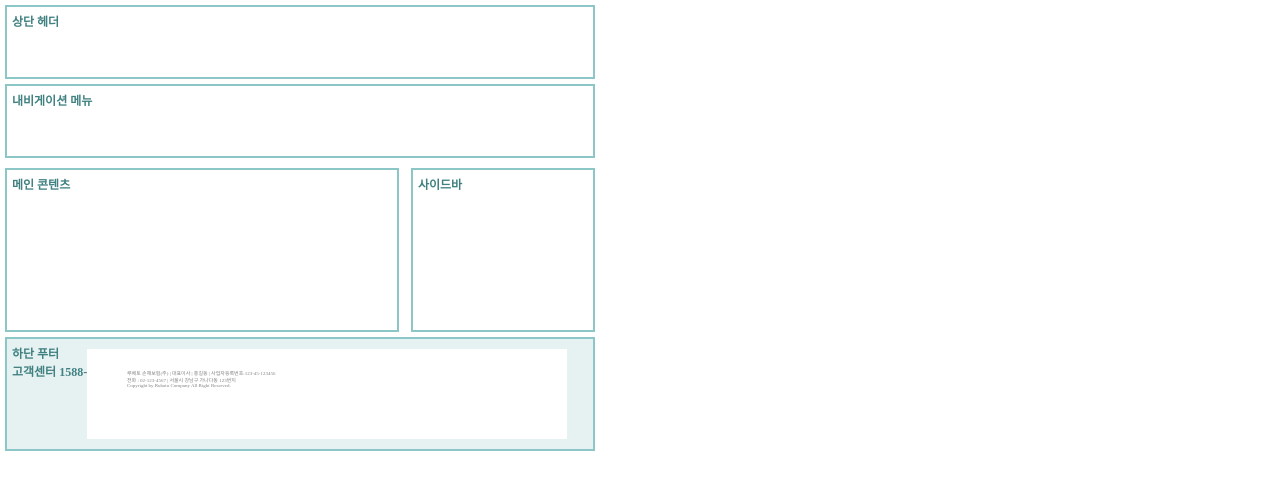
Repository: yeonddu/green_css
Page: web/pro01/songyeonsu/songyeonsu_3.html
An editor plug-in stored every save of this project. The page is shown before and after the next save, followed by the edit.
The browser window is 1280 px wide. The pictures show the whole page.

Above is the page before, as saved 2022-12-14 05:48:25.

### web/pro01/songyeonsu/songyeonsu_3.html
<!DOCTYPE html>
<html lang="ko">
<head>
<meta charset="utf-8">
<title>layout</title>
<style>
	* {
		margin:0;
		padding:0;
	}
	body {
		font-size:12px;
		color:rgb(64, 128, 128);
		font-weight:bold;
	}
	.container {
		position:absolute;
		width:600px;
	}
	header {
		position:relative;
		height:60px;
	}

	nav {
		position:relative;
		height:60px;
	}
	section {
		position:relative;
		float:left;
		width:380px;
		height:150px;
	}
	aside {
		position:relative;
		float:right;
		width:170px;
		height:150px;
	}
	footer {
		position:relative;
		clear:both;
		height:100px;
		background-color:rgb(230, 242, 242);
	}

	#address {
		position:absolute;
		top:10px;
		left:80px;
		width:400px;
		height:50px;
		padding:20px 40px;
		background:white;
		font-size:5px;
		font-weight:normal;
		color:gray;

	}
	header, nav, section, aside, footer {
		border:2px solid rgb(140, 198, 198);
		margin:5px;
		padding:5px;
	}
</style>
</head>
<body>
	<div class="container">
		<header>
			<p>상단 헤더</p>
		</header>
		<nav>
			<p>내비게이션 메뉴
		</nav>

		<section>
			<p> 메인 콘텐츠</p>
		</section>
		<aside>
			<p>사이드바</p>
		</aside>
		<footer>
			<p>하단 푸터</p>
			<div id="address">
				<p>루베토 손해보험(주) | 대표이사 | 홍길동 | 사업자등록번호:123-45-123456<br>
				전화 : 02-123-4567 | 서울시 강남구 가나다동 123번지</p>
				<p>Copyright by Rubato Company All Right Reserved.</p>
			</div>
			<div id="customer">
				<p>고객센터 1588-1234</p>
			</div>
		</footer>
	</div>
</body>
</html>

After the next save:
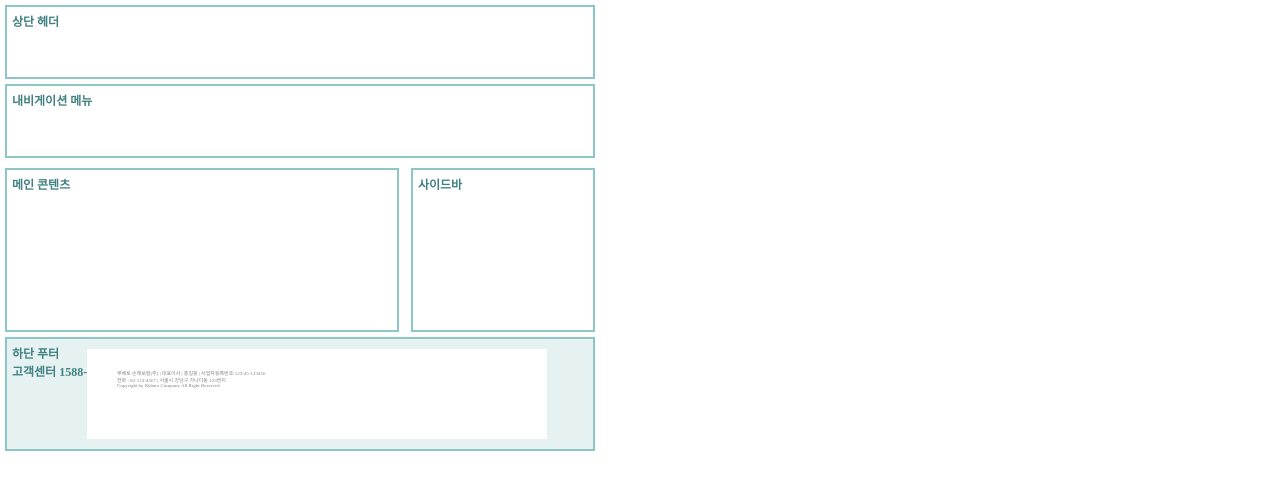
Saved 8 s later.
--- a/web/pro01/songyeonsu/songyeonsu_3.html
+++ b/web/pro01/songyeonsu/songyeonsu_3.html
@@ -51,7 +51,7 @@
 		left:80px;
 		width:400px;
 		height:50px;
-		padding:20px 40px;
+		padding:20px 30px;
 		background:white;
 		font-size:5px;
 		font-weight:normal;
